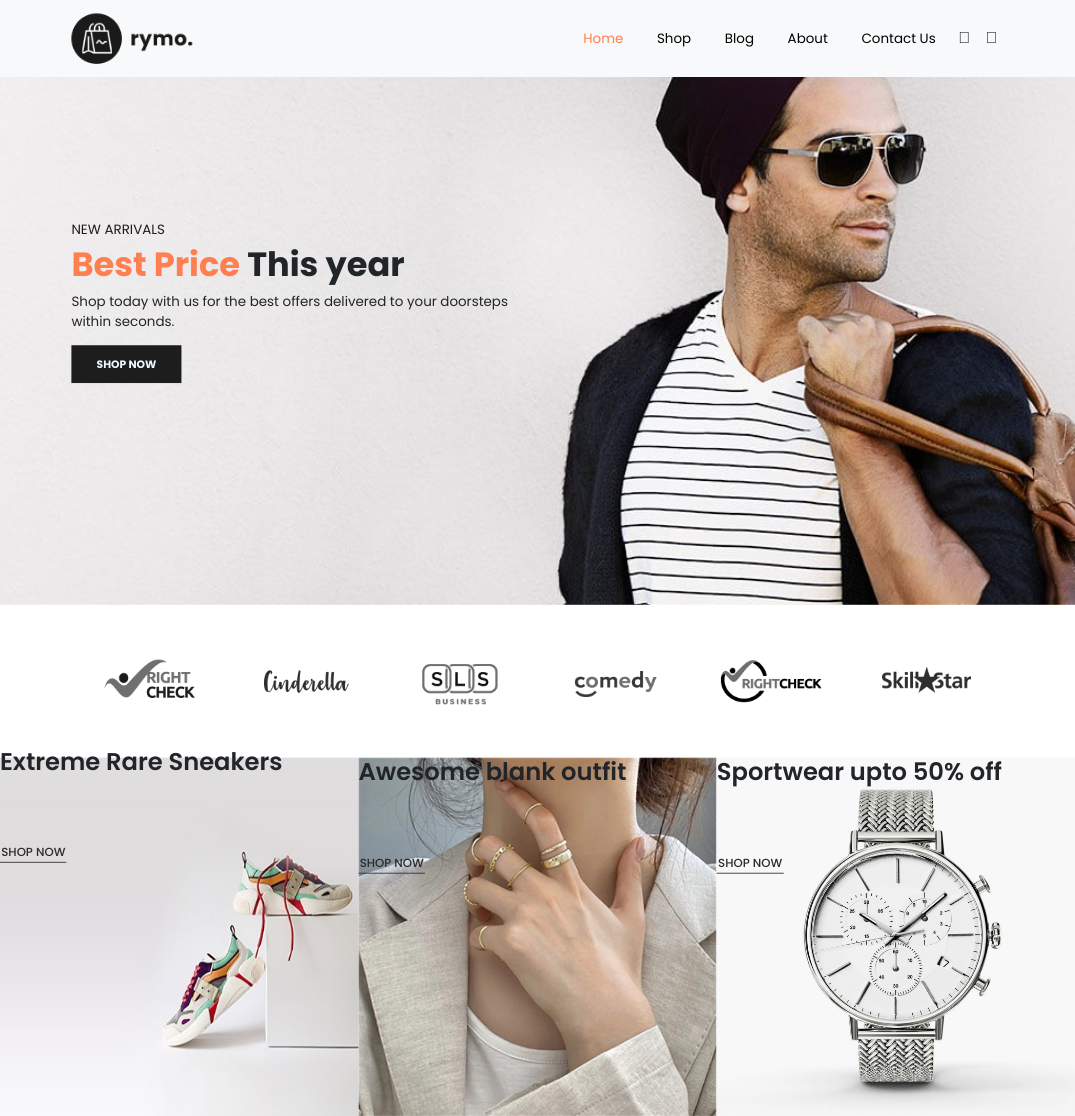
Repository: peter417waweru/e-commerce-UI
Page: index.html
An editor plug-in stored every save of this project. The page is shown before and after the next save, followed by the edit.
The browser window is 1280 px wide. The pictures show the whole page, at 84% of full size.
Some web libraries are served in a nearby version.

Above is the page before, as saved 2025-02-07 21:30:46.

After the next save:
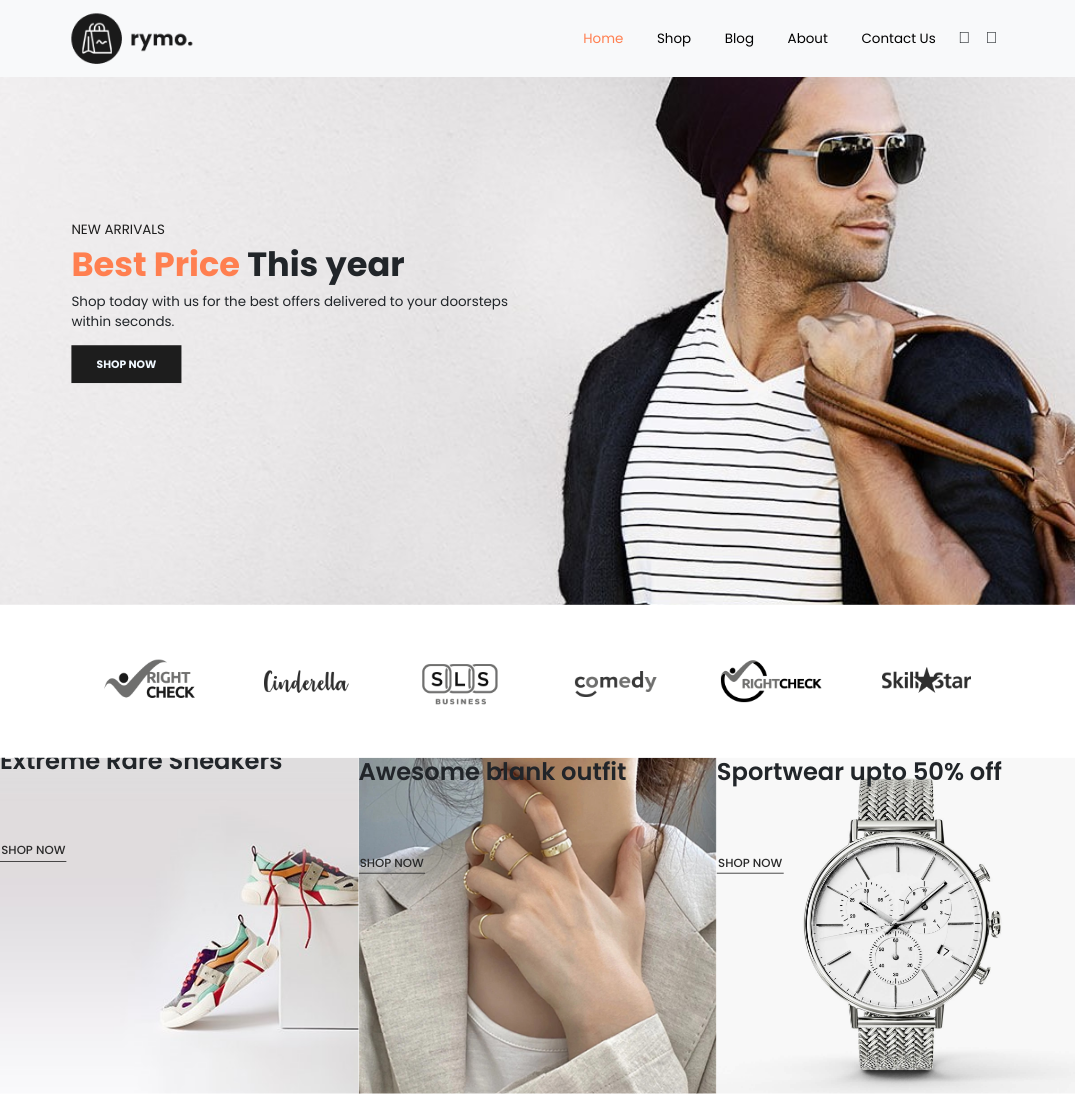
Saved 2 min 15 s later.
--- a/style.css
+++ b/style.css
@@ -156,17 +156,22 @@
   color: coral;
 }
 
-#new .one img{
+#new .one {
+  position: relative; /* Ensures .details is positioned properly */
+  height: 400px; /* Set a fixed height for uniform size */
+  overflow: hidden; /* Prevents image overflow */
+}
+
+#new .one img {
   width: 100%;
-  height: 100%;
+  height: 100%;  /* Ensures all images have the same height */
+  object-fit: cover; /* Prevents stretching and ensures proper scaling */
   background-position: center center;
   background-repeat: no-repeat;
   background-size: cover;
-  position: relative;
-}
-
-
-#new .one .details{
+}
+
+#new .one .details {
   position: absolute;
   width: 100%;
   height: 10%;
@@ -175,35 +180,34 @@
   transition: 0.3s ease;
 }
 
-#new .one:hover .details{
+#new .one:hover .details {
   cursor: pointer;
   background-color: rgba(255, 178, 178, 0.8);
 }
 
-#new .one .details button{
- display: inline-block;
- font-size: 14px;
- font-weight: 500;
- color: #2a2a2a;
- background: none;
- text-transform: uppercase;
- border-bottom: 1px solid #2a2a2a;
- padding: 1.5px;
- transform: translateY(70px);
- transition: 0.3s ease;
-}
-
-#new .one .details button:hover{
+#new .one .details button {
+  display: inline-block;
+  font-size: 14px;
+  font-weight: 500;
+  color: #2a2a2a;
+  background: none;
+  text-transform: uppercase;
+  border-bottom: 1px solid #2a2a2a;
+  padding: 1.5px;
+  transform: translateY(70px);
+  transition: 0.3s ease;
+}
+
+#new .one .details button:hover {
   cursor: pointer;
   color: #fff;
   border-bottom: 1px solid #fff;
 }
 
-#new .one:nth-child(1) .details{
+#new .row .one:first-child .details {
   display: flex;
   justify-content: center;
   flex-direction: column;
   align-items: flex-start;
   text-align: start;
-
-}
+}

After the save that followed:
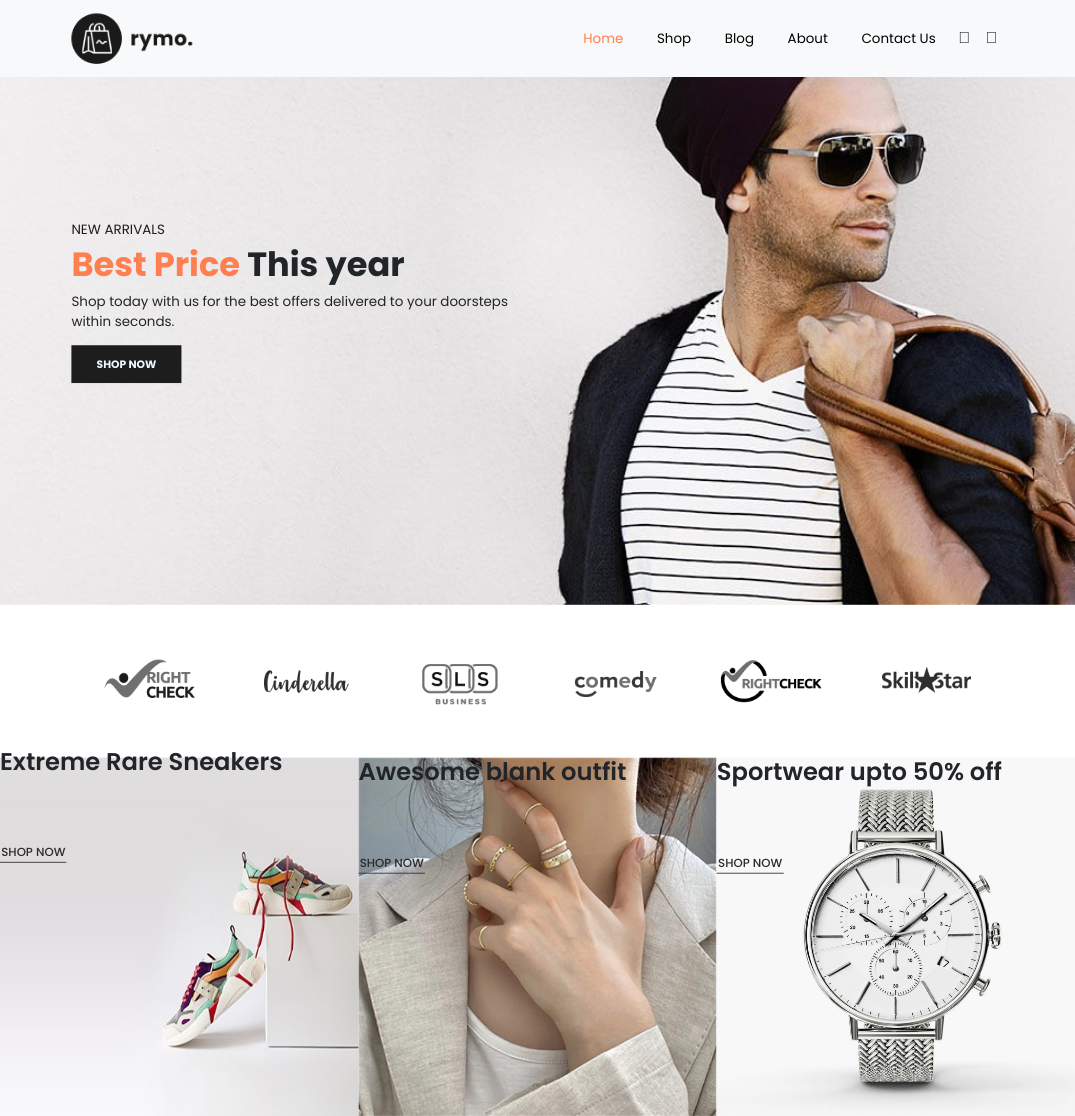
Saved 55 s later.
--- a/style.css
+++ b/style.css
@@ -156,22 +156,17 @@
   color: coral;
 }
 
-#new .one {
-  position: relative; /* Ensures .details is positioned properly */
-  height: 400px; /* Set a fixed height for uniform size */
-  overflow: hidden; /* Prevents image overflow */
-}
-
-#new .one img {
+#new .one img{
   width: 100%;
-  height: 100%;  /* Ensures all images have the same height */
-  object-fit: cover; /* Prevents stretching and ensures proper scaling */
+  height: 100%;
   background-position: center center;
   background-repeat: no-repeat;
   background-size: cover;
-}
-
-#new .one .details {
+  position: relative;
+}
+
+
+#new .one .details{
   position: absolute;
   width: 100%;
   height: 10%;
@@ -180,34 +175,35 @@
   transition: 0.3s ease;
 }
 
-#new .one:hover .details {
+#new .one:hover .details{
   cursor: pointer;
   background-color: rgba(255, 178, 178, 0.8);
 }
 
-#new .one .details button {
-  display: inline-block;
-  font-size: 14px;
-  font-weight: 500;
-  color: #2a2a2a;
-  background: none;
-  text-transform: uppercase;
-  border-bottom: 1px solid #2a2a2a;
-  padding: 1.5px;
-  transform: translateY(70px);
-  transition: 0.3s ease;
-}
-
-#new .one .details button:hover {
+#new .one .details button{
+ display: inline-block;
+ font-size: 14px;
+ font-weight: 500;
+ color: #2a2a2a;
+ background: none;
+ text-transform: uppercase;
+ border-bottom: 1px solid #2a2a2a;
+ padding: 1.5px;
+ transform: translateY(70px);
+ transition: 0.3s ease;
+}
+
+#new .one .details button:hover{
   cursor: pointer;
   color: #fff;
   border-bottom: 1px solid #fff;
 }
 
-#new .row .one:first-child .details {
+#new .one:nth-child(1) .details{
   display: flex;
   justify-content: center;
   flex-direction: column;
   align-items: flex-start;
   text-align: start;
-}
+
+}
